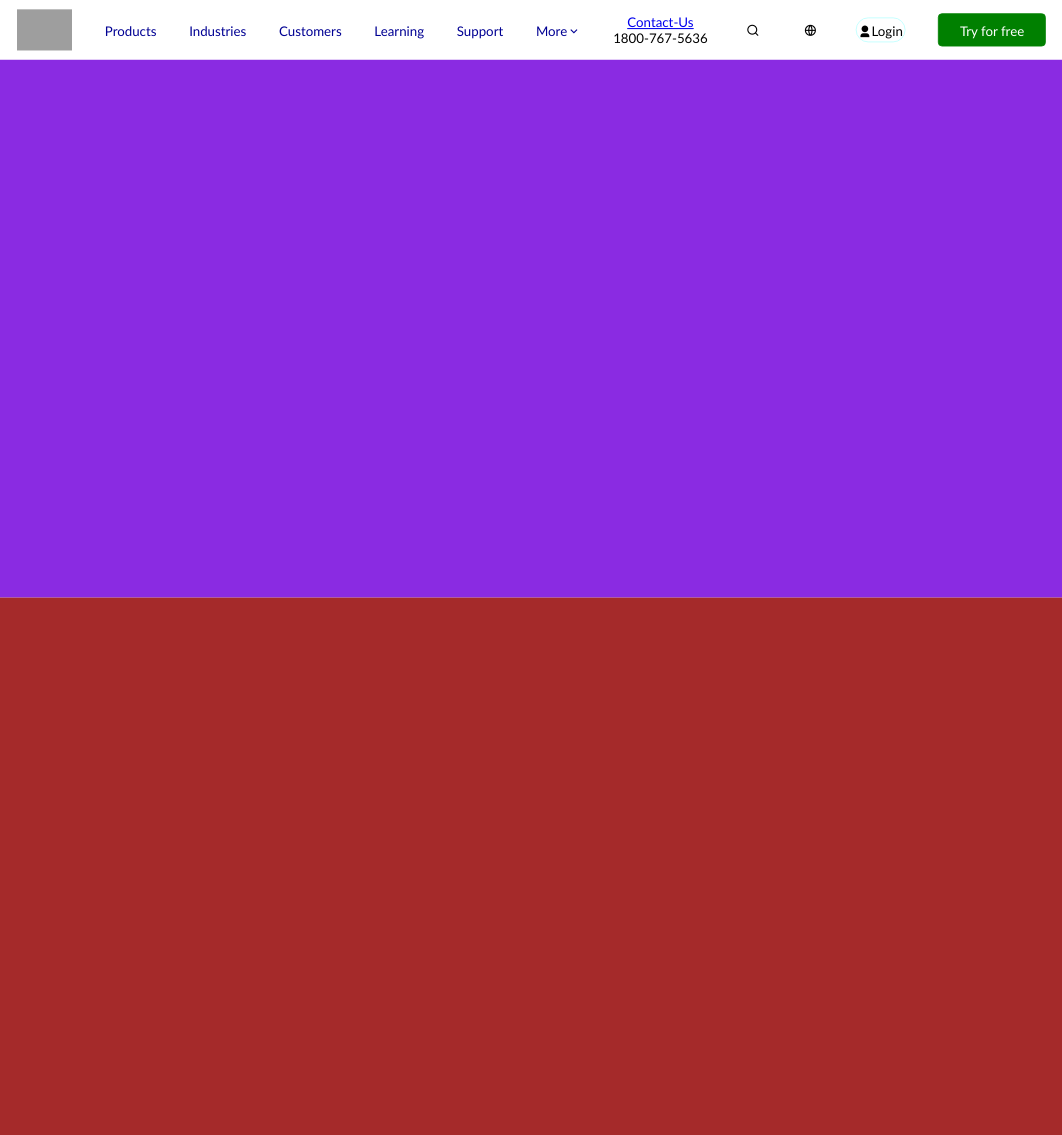
Repository: Chiranshukapil/html_css
Page: salesforce/index.html
An editor plug-in stored every save of this project. The page is shown before and after the next save, followed by the edit.
The browser window is 1280 px wide. The pictures show the whole page, at 83% of full size.
The pointer rests on the first visible `#login`.
Pictures or frames that could not be fetched are drawn as grey boxes.

Above is the page before, as saved 2024-06-10 00:08:54.

After the next save:
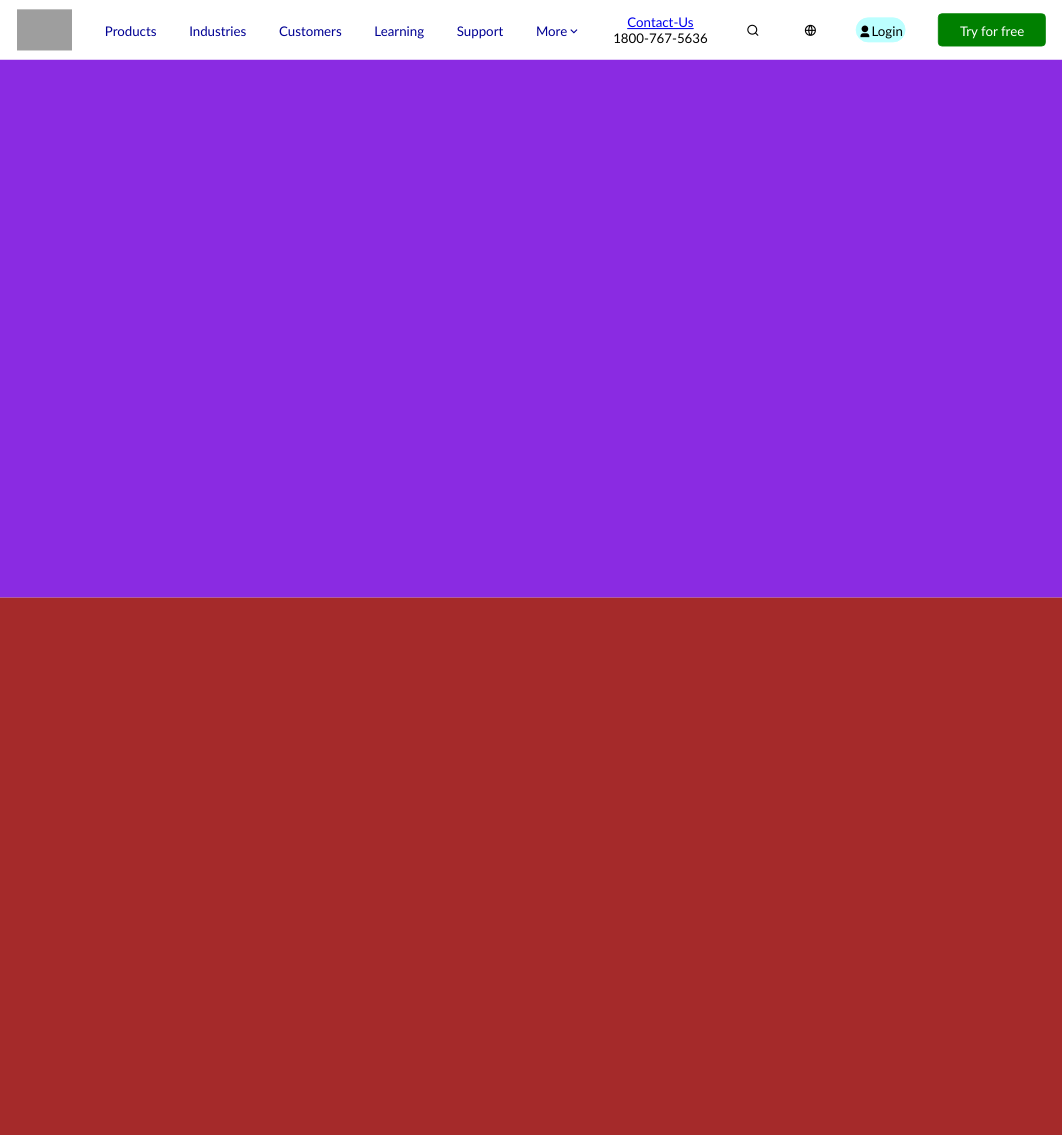
Saved 7 s later.
--- a/salesforce/style.css
+++ b/salesforce/style.css
@@ -67,7 +67,7 @@ html,body{
 
 #login:hover{
     border: 1px solid rgb(188, 255, 255);
-    background-color: ;
+    background-color: rgb(188, 255, 255);
     border-radius: 20px;
 }
 
